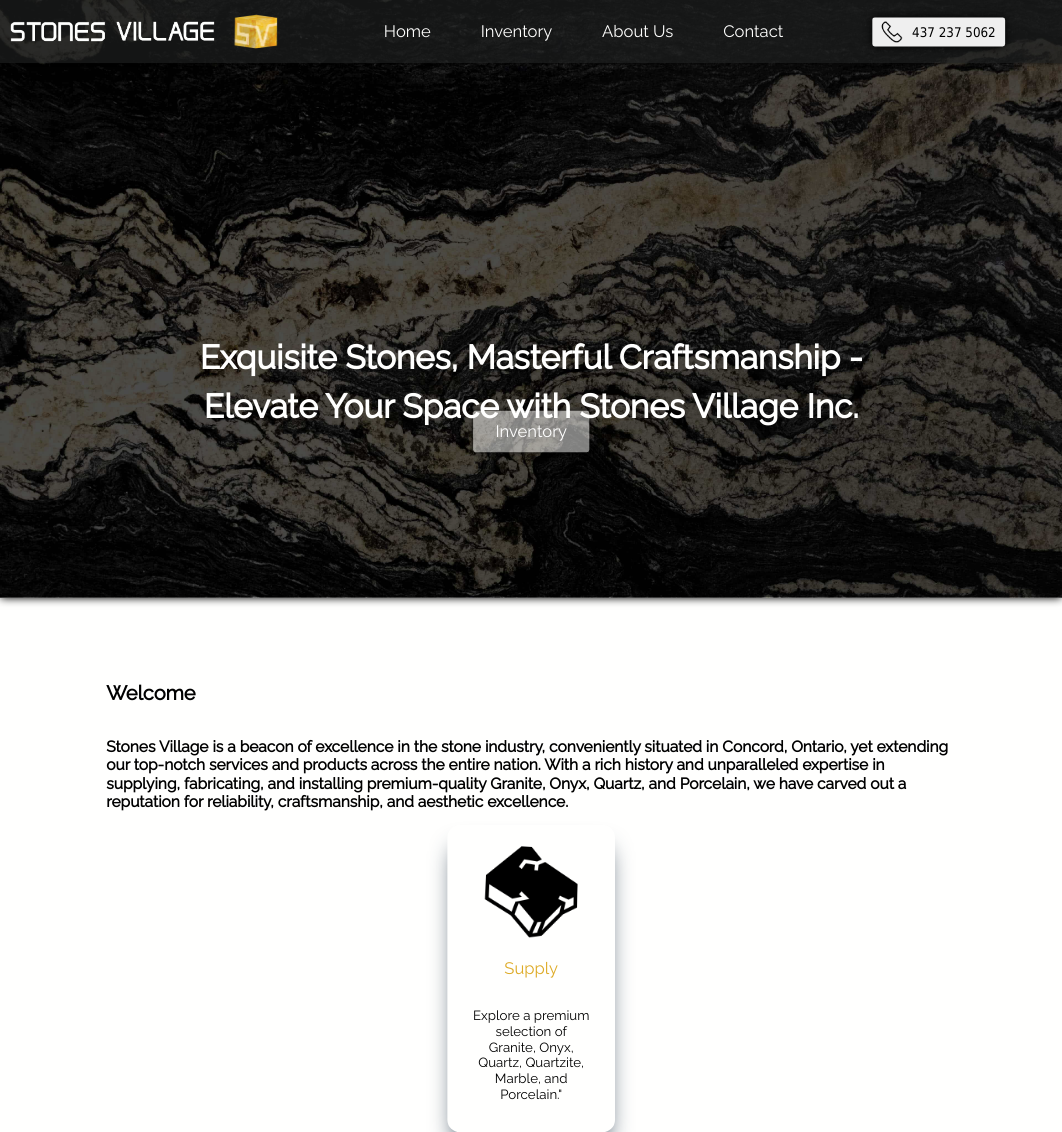
Repository: shayanabedi98/Stones-Village
Page: index.html
An editor plug-in stored every save of this project. The page is shown before and after the next save, followed by the edit.
The browser window is 1280 px wide. The pictures show the whole page, at 83% of full size.
Backgrounds fixed to the window are drawn as part of the page.

Above is the page before, as saved 2023-10-22 16:35:13.

### index.html
<!DOCTYPE html>
<html lang="en">
<head>
    <meta charset="UTF-8">
    <meta name="viewport" content="width=device-width, initial-scale=1.0">
    <title>Stones Village | Home</title>
    <link rel="preconnect" href="https://fonts.googleapis.com">
    <link rel="preconnect" href="https://fonts.gstatic.com" crossorigin>
    <link href="https://fonts.googleapis.com/css2?family=Raleway&display=swap" rel="stylesheet">
    <link rel="stylesheet" href="styles.css">
</head>
<body>
    <div class="grid-container">
        <div class="navbar">
            <div class="logo">
                <img id="logo-name" src="./resources/sv-name.png" alt="Company name">
                <img id="logo-cube" src="./resources/sv-cube.png" alt="Company logo">
            </div>
            <div class="navbar-menu">
                <ul>
                    <li><a href="./">Home</a></li>
                    <li><a href="./inventory">Inventory</a></li>
                    <li><a href="./about-us">About Us</a></li>
                    <li><a href="./contact">Contact</a></li>
                </ul>
            </div>
            <div class="navbar-tel">
                <button><a href="tel:+14372375062">
                    <img src="./resources/telephone-svgrepo-com.png" alt="Contact By Number">
                    437 237 5062
                </a></button>
            </div>
        </div>
        <div class="banner">
            <!-- Background Image -->
        </div>
        <div class="banner-overlay">
            <h1>Exquisite Stones, Masterful Craftsmanship - Elevate Your Space with Stones Village Inc.</h1>
            <button>Inventory</button>
        </div>
        <div class="services-container">
            <h2>Welcome</h2>
            <h3>Stones Village is a beacon of excellence in the stone industry, conveniently situated in Concord, Ontario, yet extending our top-notch services and products across the entire nation. With a rich history and unparalleled expertise in supplying, fabricating, and installing premium-quality Granite, Onyx, Quartz, and Porcelain, we have carved out a reputation for reliability, craftsmanship, and aesthetic excellence.</h3>
            <div class="card-container">
                <div class="card">
                    <img src="./resources/stone-tablet-svgrepo-com.png" alt="Icon of Stone Slab">
                    <p class="card-name">Supply</p>
                    <p class="card-description">Explore a premium selection of Granite, Onyx, Quartz, Quartzite, Marble, and Porcelain."</p>
                </div>
            </div>

            <!-- Free Quotations
Stonica Group Inc. offers no-obligation, comprehensive quotes for all project sizes. Our experts provide a detailed cost estimate, ensuring transparency and no hidden charges.


Measurements
We use advanced tools for precise project measurements, considering the environment and potential challenges to ensure seamless integration of our fabrications into your space.


Fabrication
Our high-quality fabrication service is handled by a skilled team and cutting-edge facilities. We handle various materials and complexities, ensuring the finished product meets the highest industry standards.


Installation
Our trained professionals carry out careful and precise installations. We also perform comprehensive checks post-installation, ensuring a perfect fit and function. Your satisfaction is our ultimate goal. -->
        </div>
    </div>
    <script src="./index.js"></script>
</body>
</html>

### styles.css
body {
    background-color: #FFFFFE;
    color: #000000;
    font-family: 'Raleway', sans-serif;
    margin: 0;
    padding: 0;
}

.navbar {
    display: grid;
    grid-template-columns: 0.5fr 1fr 0.5fr;
    background-color: rgba(29, 31, 31, 0.7);
    box-shadow: 0 0 5px 0 rgb(0, 0, 0);
    padding: 10px;
    position: fixed;
    width: 100%;
    z-index: 1;
}

.logo {
    display: flex;
    align-items: center;
    justify-content: center;
}

#logo-cube {
    height: 42px;
    margin-left: 20px;
    cursor: pointer;
}

#logo-name {
    height: 28px;
    cursor: pointer;
}

.navbar-menu {
    display: grid;
    align-items: end;
}

.navbar-menu ul {
    display: flex;
    align-content: center;
    justify-content: center;
    list-style-type: none;
}

.navbar-menu a {
    text-decoration: none;
    color: #FFFFFE;
    font-size: 20px;
    margin-left: 60px;
}

.navbar-menu a:hover {
    color: #E0B739;
    transition: 0.3s;
    border-bottom: 8px solid #E0B739;
}

.navbar-menu a:not(:hover) {
    color: #FFFFFE;
    border-bottom: 0px;
    transition: 0.3s;
}

.navbar-tel {
    display: flex;
    justify-content: center;
    align-items: center;
}

.navbar-tel button {
    height: 35px;
    width: 160px;
    border: none;
    border-radius: 3px;
    box-shadow: 0 0 10px 0 rgb(0, 0, 0);
}

.navbar-tel img {
    height: 25px;
    margin-right: 12px;
}

.navbar-tel a {
    text-decoration: none;
    color: black;
    font-family: Tahoma, Verdana, sans-serif;
    font-size: 16px;
    display: flex;
    align-items: center;
    justify-content: center;
}

.banner {
    background-attachment: fixed;
    height: 100vh;
    background-size: 2100px;
    background-repeat: no-repeat;
    background-position: 0 -400px;
    transition: opacity 1s ease-in-out, background-size 0s, background-position 0s;
}

.banner-overlay {
    background-color: rgba(0, 0, 0, 0.7);
    box-shadow: 0 0 10px 0 black;
    display: grid;
    grid-template-rows: 0.8fr 1fr;
    justify-items: center;
    align-items: center;
    text-align: center;
    position: absolute;
    height: 100vh;
    width: 100%;
    top: 0;
}

.banner-overlay h1 {
    margin: 0;
    color: #FFFFFE;
    position: relative;
    font-size: 40px;
    top: 300px;
    width: 70%;
    line-height: 60px;
}

.banner-overlay button {
    font-family: 'Raleway', sans-serif;
    background-color: rgba(255, 255, 254, 0.5);
    color: white;
    border: none;
    border-radius: 3px;
    font-size: 20px;
    width: 140px;
    height: 50px;
    box-shadow: 0 0 2px 0 black;
    cursor: pointer;
}

.banner-overlay button:hover {
    box-shadow: 0 0 15px 0 black;
    background-color: rgb(224, 183, 57);
    transition: 0.3s;
}

.banner-overlay button:not(:hover) {
    box-shadow: 0 0 5px 0 black;
    transition: 0.3s;
}

.services-container {
    display: grid;
    justify-items: center;
    margin-top: 80px;
}

.services-container h2, h3 {
    width: 80%;
}

.card-container {
    display: grid;
    width: 100%;
    justify-items: center;
}

.card {
    width: 15%;
    display: grid;
    justify-items: center;
    border-radius: 15px;
    box-shadow: rgb(38, 57, 77) 0px 20px 30px -10px;
    text-align: center;
    padding: 20px 5px;
}

.card img {
    height: 120px;
}

.card-name {
    font-size: 20px;
    color: #DEAB27;
}

.card-description {
    width: 75%;
}

### index.js
const banner = document.querySelector('.banner');
const bannerImg = ['./resources/aaron-huber-G7sE2S4Lab4-unsplash.jpg', './resources/black-marble-texture2-min2.jpg', './resources/engin-akyurt-m555vEfryhE-unsplash.jpg', './resources/marble-2398956_1920.jpg'];
let bannerImgIndex = 0;
const logoName = document.querySelector('#logo-name');
const logoCube = document.querySelector('#logo-cube');
const navbar = document.querySelector('.navbar');

logoCube.addEventListener('click', () => {
    window.location.replace('./')
})

logoCube.addEventListener('mouseover', () => {
    navbar.style.backgroundColor = 'rgba(224, 183, 57,0.3)'
    navbar.style.transition = '4s'
})

logoCube.addEventListener('mouseout', () => {
    navbar.style.backgroundColor = 'rgba(29, 31, 31, 0.7)'
    navbar.style.transition = '2s'
})

logoName.addEventListener('click', () => {
    window.location.replace('./')
})

logoName.addEventListener('mouseover', () => {
    navbar.style.backgroundColor = 'rgba(224, 183, 57,0.3)'
    navbar.style.transition = '4s'
})

logoName.addEventListener('mouseout', () => {
    navbar.style.backgroundColor = 'rgba(29, 31, 31, 0.7)'
    navbar.style.transition = '2s'
})

const bannerImgChanger = () => {
    banner.style.opacity = '0'
    bannerImgIndex = (bannerImgIndex + 1) % bannerImg.length;
    banner.style.background = `url(${bannerImg[bannerImgIndex]})`;

    if (bannerImgIndex === 0) {
        banner.style.backgroundSize = '2100px';
        banner.style.backgroundPosition = '0 -400px'
        banner.style.backgroundAttachment = 'fixed';
        banner.style.opacity = '1'
        banner.style.transition = 'opacity 1s ease-in, background-size 0s, background-position 0s;';
        setTimeout(() => {
            banner.style.opacity = '0'
        }, 7000)

    } else if (bannerImgIndex === 1) {
        banner.style.backgroundSize = '2000px';
        banner.style.backgroundAttachment = 'fixed';
        banner.style.opacity = '1'
        banner.style.transition = 'opacity 1s ease-in, background-size 0s, background-position 0s;';
        setTimeout(() => {
            banner.style.opacity = '0'
        }, 7000)

    } else if (bannerImgIndex === 2) {
        banner.style.backgroundAttachment = 'fixed';
        banner.style.opacity = '1'
        banner.style.transition = 'opacity 1s ease-in, background-size 0s, background-position 0s;';
        setTimeout(() => {
            banner.style.opacity = '0'
        }, 7000)
    } else if (bannerImgIndex === 3) {
        banner.style.backgroundAttachment = 'fixed';
        banner.style.opacity = '1'
        banner.style.transition = 'opacity 1s ease-in, background-size 0s, background-position 0s;';
        setTimeout(() => {
            banner.style.opacity = '0'
        }, 7000)
    }
};

bannerImgChanger();

setInterval(bannerImgChanger, 8000)

After the next save:
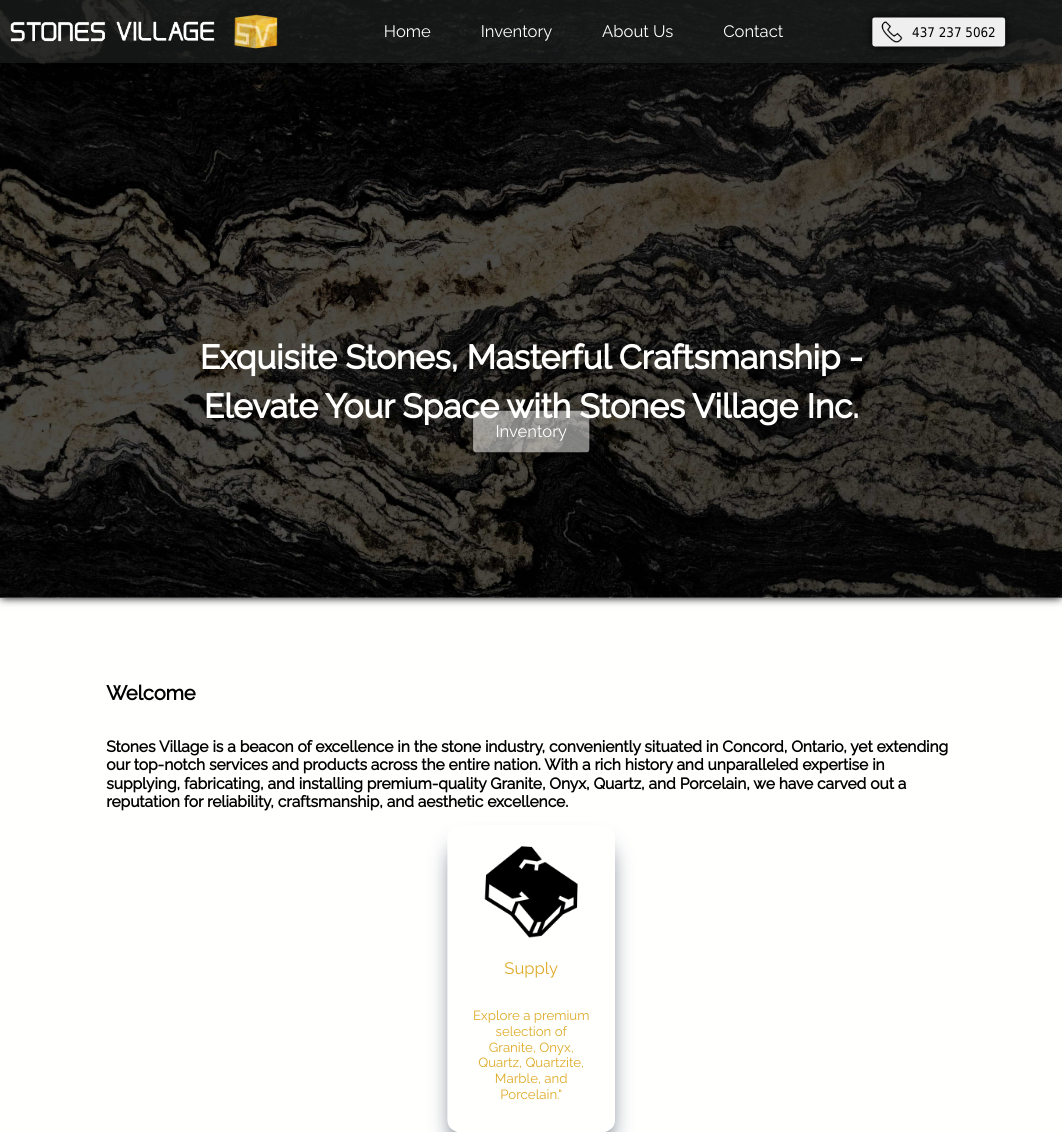
Saved 5 s later.
--- a/styles.css
+++ b/styles.css
@@ -188,4 +188,5 @@ body {
 
 .card-description {
     width: 75%;
+    color: #DEAB27;
 }
